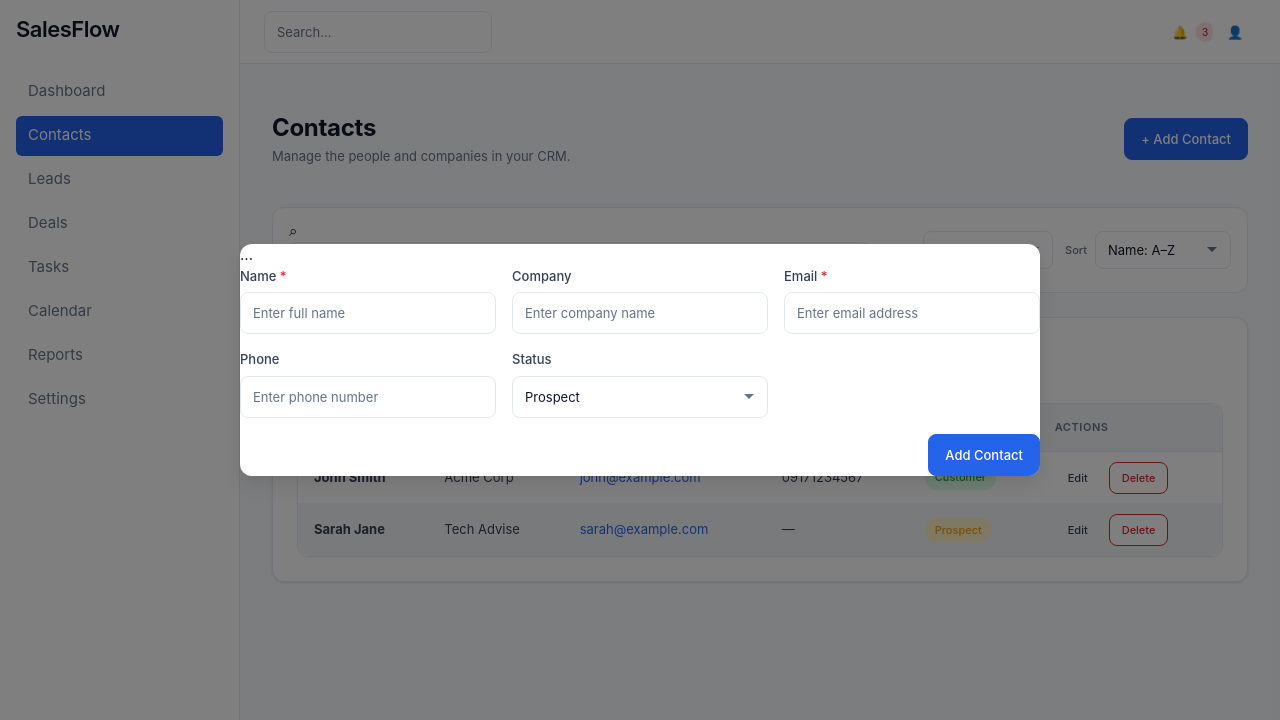
Repository: lawrencegonzaga-dev/salesflow-crm
Page: /contacts, after clicking the first element matching `button.button--primary`
The author's editor kept a copy of each file at every save. The page is drawn from the files as they stood at one save, then again after the next save.
The browser window is 1280 px wide. The pictures show the whole page.
The project was rebuilt for these pictures with package versions that can differ from the ones it lists, and the page was loaded fresh each time. Also part of the build but not shown: vite.config.js, src/components/StatCard.jsx, src/components/DashboardLeads.jsx, src/components/DashboardDeals.jsx, src/components/DashboardTasks.jsx, src/components/RecentActivity.jsx, src/pages/Dashboard.jsx, src/components/LeadForm.jsx and 22 more.

Above is the page before, as saved 2026-08-18 12:46:52.

### index.html
<!doctype html>
<html lang="en">
  <head>
    <meta charset="UTF-8" />
    <link rel="icon" type="image/svg+xml" href="/favicon.svg" />
    <meta name="viewport" content="width=device-width, initial-scale=1.0" />
    <title>salesflow-crm</title>
  </head>
  <body>
    <div id="root"></div>
    <script type="module" src="/src/main.jsx"></script>
  </body>
</html>

### src/main.jsx
/* ========================================================= */
/* FILE: src/main.jsx */
/* ========================================================= */

import { StrictMode } from 'react';
import { createRoot } from 'react-dom/client';

import "./styles/main.css";
import App from './App.jsx';
import { CRMProvider } from "./context/CRMContext.jsx";

createRoot(document.getElementById('root')).render(
    <StrictMode>
        <CRMProvider>
            <App />
        </CRMProvider>
    </StrictMode>,
);

### src/styles/main.css
@import "./reset.css";
@import "./variables.css";
@import "./base.css";
@import "./layout.css";
@import "./utilities.css";

@import "./components/sidebar.css";
@import "./components/header.css";
@import "./components/toolbar.css";
@import "./components/button.css";
@import "./components/form.css";
@import "./components/card.css";
@import "./components/badge.css";
@import "./components/table.css";
@import "./components/modal.css";
@import "./components/kanban.css";
@import "./components/calendar.css";
@import "./components/leads.css";
@import "./crm.css";

/* main.css */

### src/App.jsx
/* ========================================================= */
/* FILE: src/App.jsx */
/* ========================================================= */

import { BrowserRouter, Routes, Route } from "react-router-dom";

import Dashboard from "./pages/Dashboard";
import Contacts from "./pages/Contacts";
import Leads from "./pages/Leads";
import Deals from "./pages/Deals";
import Tasks from "./pages/Tasks";
import Calendar from "./pages/Calendar";
import Reports from "./pages/Reports";
import Settings from "./pages/Settings";
import AppLayout from "./layouts/AppLayout";

function App() {
    return (
        <BrowserRouter>
            <Routes>
                <Route element={<AppLayout />}>
                    <Route path="/" element={<Dashboard />} />
                    <Route path="/dashboard" element={<Dashboard />} />
                    <Route path="/contacts" element={<Contacts />} />
                    <Route path="/leads" element={<Leads />} />
                    <Route path="/deals" element={<Deals />} />
                    <Route path="/tasks" element={<Tasks />} />
                    <Route path="/calendar" element={<Calendar />} />
                    <Route path="/reports" element={<Reports />} />
                    <Route path="/settings" element={<Settings />} />
                </Route>
            </Routes>
        </BrowserRouter>
    );
}

export default App;

### src/styles/reset.css
*,
*::before,
*::after {
  box-sizing: border-box;
}

html {
  -webkit-text-size-adjust: 100%;
}

body {
  margin: 0;
  background: var(--color-page);
  color: var(--color-text);
  font-family: var(--font-family);
  font-size: 16px;
  line-height: 1.5;

  -webkit-font-smoothing: antialiased;
  text-rendering: optimizeLegibility;
}

#root {
  min-height: 100vh;
}

h1, h2, h3, h4, h5, h6, p {
  margin: 0;
}

img, svg, video {
  display: block;
  max-width: 100%;
}

a {
  color: inherit;
}

### src/styles/utilities.css
.container {
  width: min(100%, var(--content-max-width));
  margin-inline: auto;
}

.visually-hidden {
  position: absolute;
  width: 1px;
  height: 1px;
  padding: 0;
  margin: -1px;
  overflow: hidden;
  clip: rect(0, 0, 0, 0);
  white-space: nowrap;
  border: 0;
}

### src/styles/components/sidebar.css
.app-sidebar {
  width: var(--sidebar-width);
  height: 100vh;

  padding: var(--sidebar-padding);

  display: flex;
  flex-direction: column;

  background: var(--color-surface);
  border-right: 1px solid var(--color-border);
  color: var(--color-text);
}

.app-sidebar h2 {
  margin: 0 0 28px;
  font-size: 22px;
  letter-spacing: -.5px;
}

.sidebar-nav {
  display: flex;
  flex-direction: column;
  gap: 4px;

  overflow-y: auto;
}

.sidebar-nav_item {
  min-height: var(--nav-item-height);

  display: flex;
  align-items: center;

  padding: var(--nav-item-padding);
  gap: var(--nav-item-gap);

  color: var(--color-text-muted);
  text-decoration: none;
  border-radius: var(--radius-sm);

  transition: background var(--transition-fast), color var(--transition-fast);
}

.sidebar-nav_item:hover {
  background: var(--color-surface-muted);
  color: var(--color-text);
}

.sidebar-nav_item.active {
  background: var(--color-action);
  color: white;
}

### src/styles/components/header.css
.app-header {
  height: var(--header-height);

  display: flex;
  align-items: center;
  justify-content: space-between;

  padding: var(--header-padding);

  background: var(--color-surface);
  border-bottom: 1px solid var(--color-border);
  color: var(--color-text);
}

.app-header_left,
.app-header_right {
  display: flex;
  align-items: center;
  gap: var(--header-item-gap);
}

.menu-button {
  display: none;
}

@media (max-width: 768px) {
  .app-header {
    padding: 0 16px;
  }

  .app-header_right {
    display: none;
  }

  .menu-button {
    display: inline-grid;
    width: 40px;
    height: 40px;
    place-items: center;
    padding: 0;
    font-size: 20px;
    border-radius: var(--radius-sm);
  }
}
/* header.css */

### src/styles/components/toolbar.css
/* ========================================================= */
/* FILE: src/styles/components/toolbar.css */
/* ========================================================= */

.toolbar {
  display: flex;
  flex-wrap: wrap;
  align-items: center;
  gap: var(--space-3);
  padding: var(--space-3) var(--space-4);
  background: var(--color-surface);
  border: 1px solid var(--color-border);
  border-radius: var(--radius-lg);
}

.toolbar .search-field {
  flex: 1 1 260px;
  min-width: 160px;
}

.toolbar .search-field input {
  min-height: 38px;
  height: 38px;
  padding-left: var(--space-8);
  background-image: url("data:[embedded picture, 278 characters]");
  background-repeat: no-repeat;
  background-position: var(--space-3) center;
  background-size: 16px;
}

.toolbar .filter-group {
  display: flex;
  align-items: center;
  gap: var(--space-2);
}

.toolbar .filter-group label {
  font-size: var(--text-xs);
  font-weight: var(--font-weight-medium);
  color: var(--color-text-muted);
  white-space: nowrap;
}

.toolbar select {
  min-height: 38px;
  height: 38px;
  min-width: 130px;
}

/* ================================
   TOOLBAR VARIANTS
   ================================ */

.toolbar--compact {
  padding: var(--space-2) var(--space-3);
  gap: var(--space-2);
}

.toolbar--compact select {
  min-height: 34px;
  height: 34px;
  min-width: 110px;
  font-size: var(--text-xs);
}

.toolbar--compact .search-field input {
  min-height: 34px;
  height: 34px;
  font-size: var(--text-xs);
}

/* ================================
   PAGE TOOLBAR
   ================================ */

.page-toolbar {
  display: flex;
  align-items: center;
  justify-content: space-between;
  gap: var(--space-4);
  flex-wrap: wrap;
}

.page-toolbar-left,
.page-toolbar-right {
  display: flex;
  align-items: center;
  gap: var(--space-3);
  flex-wrap: wrap;
}

/* ================================
   RESPONSIVE
   ================================ */

@media (max-width: 768px) {
  .toolbar {
    flex-direction: column;
    align-items: stretch;
  }

  .toolbar .search-field {
    flex: 1 1 auto;
    min-width: auto;
  }

  .toolbar .filter-group {
    flex-wrap: wrap;
  }

  .toolbar select {
    flex: 1 1 auto;
    min-width: auto;
  }

  .page-toolbar {
    flex-direction: column;
    align-items: stretch;
  }

  .page-toolbar-left,
  .page-toolbar-right {
    flex-wrap: wrap;
  }
}

/* toolbar.css */

### src/styles/components/badge.css
/* ========================================================= */
/* FILE: src/styles/components/badge.css */
/* ========================================================= */

.badge {
  display: inline-flex;
  align-items: center;
  gap: var(--space-1);
  min-height: 24px;
  padding: 0 var(--space-2-5);
  font-size: var(--text-xs);
  font-weight: var(--font-weight-medium);
  line-height: 1;
  border-radius: var(--radius-full);
  white-space: nowrap;
  transition: all var(--transition-fast);
}

/* ================================
   BADGE VARIANTS
   ================================ */

.badge--primary {
  color: var(--color-action);
  background: var(--color-action-light);
}

.badge--success {
  color: var(--color-success);
  background: var(--color-success-light);
}

.badge--warning {
  color: var(--color-warning);
  background: var(--color-warning-light);
}

.badge--danger {
  color: var(--color-danger);
  background: var(--color-danger-light);
}

.badge--info {
  color: var(--color-info);
  background: var(--color-info-light);
}

.badge--neutral {
  color: var(--color-text-muted);
  background: var(--color-surface-muted);
}

.badge--dark {
  color: var(--color-text-inverse);
  background: var(--color-text);
}

/* ================================
   BADGE SIZES
   ================================ */

.badge--sm {
  min-height: 20px;
  padding: 0 var(--space-1-5);
  font-size: 10px;
}

.badge--lg {
  min-height: 28px;
  padding: 0 var(--space-3-5);
  font-size: var(--text-sm);
}

/* ================================
   DOT BADGE
   ================================ */

.badge--dot {
  padding-left: var(--space-1-5);
}

.badge--dot::before {
  content: "";
  display: inline-block;
  width: 6px;
  height: 6px;
  border-radius: 50%;
  margin-right: var(--space-1);
}

.badge--primary.badge--dot::before {
  background: var(--color-action);
}

.badge--success.badge--dot::before {
  background: var(--color-success);
}

.badge--warning.badge--dot::before {
  background: var(--color-warning);
}

.badge--danger.badge--dot::before {
  background: var(--color-danger);
}

/* ================================
   BADGE WITH COUNT
   ================================ */

.badge--count {
  min-width: 24px;
  justify-content: center;
  padding: 0 var(--space-1-5);
  border-radius: var(--radius-full);
  font-size: var(--text-xs);
  font-weight: var(--font-weight-bold);
}

/* badge.css */

### src/styles/components/modal.css
/* ========================================================= */
/* FILE: src/styles/components/modal.css */
/* ========================================================= */

.modal-overlay {
  position: fixed;
  inset: 0;
  z-index: var(--z-modal);
  display: flex;
  align-items: center;
  justify-content: center;
  padding: var(--space-4);
  background: rgba(15, 23, 42, 0.6);
  backdrop-filter: blur(4px);
  animation: overlay-fade-in var(--transition-base);
}

@keyframes overlay-fade-in {
  from {
    opacity: 0;
  }
  to {
    opacity: 1;
  }
}

.modal {
  width: min(100% - var(--space-8), 520px);
  max-height: min(90vh, 640px);
  overflow-y: auto;
  padding: var(--space-6);
  background: var(--color-surface);
  border-radius: var(--radius-xl);
  box-shadow: var(--shadow-xl);
  animation: modal-slide-up var(--transition-base);
}

@keyframes modal-slide-up {
  from {
    opacity: 0;
    transform: translateY(20px) scale(0.95);
  }
  to {
    opacity: 1;
    transform: translateY(0) scale(1);
  }
}

/* ================================
   MODAL SIZES
   ================================ */

.modal--sm {
  width: min(100% - var(--space-8), 400px);
}

.modal--lg {
  width: min(100% - var(--space-8), 680px);
}

.modal--xl {
  width: min(100% - var(--space-8), 900px);
}

.modal--full {
  width: 100%;
  max-width: 100%;
  height: 100%;
  max-height: 100%;
  border-radius: 0;
  padding: var(--space-8);
}

/* ================================
   MODAL HEADER
   ================================ */

.modal-header {
  display: flex;
  align-items: flex-start;
  justify-content: space-between;
  gap: var(--space-4);
  margin-bottom: var(--space-4);
}

.modal-header h2 {
  font-size: var(--text-xl);
  font-weight: var(--font-weight-semibold);
  color: var(--color-text);
}

.modal-header .modal-close {
  width: 36px;
  height: 36px;
  padding: 0;
  border-radius: var(--radius-full);
  background: transparent;
  border: none;
  font-size: var(--text-xl);
  color: var(--color-text-muted);
  cursor: pointer;
  transition: all var(--transition-fast);
  display: flex;
  align-items: center;
  justify-content: center;
}

.modal-header .modal-close:hover {
  background: var(--color-surface-muted);
  color: var(--color-text);
}

/* ================================
   MODAL BODY
   ================================ */

.modal-body {
  display: grid;
  gap: var(--space-4);
}

/* ================================
   MODAL FOOTER
   ================================ */

.modal-footer {
  display: flex;
  align-items: center;
  justify-content: flex-end;
  gap: var(--space-3);
  margin-top: var(--space-6);
  padding-top: var(--space-4);
  border-top: 1px solid var(--color-border);
}

/* ================================
   SCROLLBAR FOR MODAL
   ================================ */

.modal::-webkit-scrollbar {
  width: 6px;
}

.modal::-webkit-scrollbar-track {
  background: transparent;
}

.modal::-webkit-scrollbar-thumb {
  background: var(--color-border);
  border-radius: var(--radius-full);
}

.modal::-webkit-scrollbar-thumb:hover {
  background: var(--color-border-hover);
}

.form-overlay {
  position: fixed;
  inset: 0;

  display: flex;
  align-items: center;
  justify-content: center;

  padding: 48px;

  background: rgb(0 0 0 / 50%);

  z-index: 1000;
}

.form-card {
  width: min(100%, 800px);
  max-height: calc(100vh - 48px);

  overflow-y: auto;

  background: var(--color-surface);
  border-radius: var(--radius-lg);

  box-shadow: var(--shadow-lg);
  margin: 16px;
}

.form-card__header {
  display: flex;
  align-items: flex-start;
  justify-content: space-between;

  padding: 24px;
  border-bottom: 1px solid var(--color-border);
}

.form-card__title {
  margin: 0;
}

.form-card__subtitle {
  margin: 4px 0 0;
}

.form-card__close {
  display: grid;
  place-items: center;

  width: 36px;
  height: 36px;

  border: 0;
  background: transparent;
  border-radius: var(--radius-md);

  font-size: 24px;
  cursor: pointer;
}

.form-card__close:hover {
  background: var(--color-surface-muted);
}

/* modal.css */

### src/styles/components/leads.css
.lead-pipeline {
  display: grid;
  grid-template-columns: repeat(6, minmax(190px, 1fr));
  gap: 12px;
  overflow-x: auto;
  padding: 4px 0 16px;
}

.lead-pipeline__stage {
  min-width: 190px;
  background: var(--color-surface-muted);
  border: 1px solid var(--color-border);
  border-radius: var(--radius-md);
  padding: 12px;
   min-height: 200px;
}

.lead-pipeline__stage header {
  display: flex;
  align-items: center;
  justify-content: space-between;
}

.lead-pipeline__stage h2 {
  font-size: 15px;
  margin: 0;
}

.lead-pipeline__stage header span {
  border-radius: var(--radius-full);
  background: var(--color-border);
  padding: 2px 8px;
  font-size: 12px;
}

.lead-pipeline__items {
  display: grid;
  gap: 8px;
  margin-top: 12px;
}

.lead-pipeline__card {
  display: block;
  width: 100%;
  text-align: left;
  padding: 12px;
  min-height: 90px;
  background: var(--color-surface);
  border: 1px solid var(--color-border);
  border-radius: var(--radius-sm);
  cursor: pointer;
  color: inherit;
  transition: border-color var(--transition-fast);
}

.lead-pipeline__card:hover,
.lead-pipeline__card:focus-visible {
  border-color: var(--color-action);
  outline: none;
}

.lead-pipeline__card h3 {
  margin: 0 0 4px;
  font-size: 14px;
}

.lead-pipeline__card p {
  font-size: 12px;
  margin: 2px 0;
  color: var(--color-text-muted);
}

.lead-table-wrap {
  overflow-x: auto;
}

.lead-table__empty {
  padding: 32px;
  text-align: center;
  color: var(--color-text-muted);
}

.lead-stage {
  display: inline-block;
  border-radius: var(--radius-full);
  background: color-mix(in srgb, var(--color-action) 12%, transparent);
  color: var(--color-action);
  padding: 2px 8px;
  font-size: 12px;
}
/* leads.css */

### src/layouts/AppLayout.jsx
/* ========================================================= */
/* FILE: src/layouts/AppLayout.jsx */
/* ========================================================= */

import { useState } from "react";
import { Outlet } from "react-router-dom";

import Sidebar from "../components/Sidebar";
import Header from "../components/Header";

function AppLayout() {
    const [isNavigationOpen, setIsNavigationOpen] = useState(false);

    return (
        <div className="app-layout">
            <Sidebar
                isOpen={isNavigationOpen}
                onNavigate={() => setIsNavigationOpen(false)}
            />

            <Header
                isNavigationOpen={isNavigationOpen}
                onMenuToggle={() => setIsNavigationOpen((isOpen) => !isOpen)}
            />

            <main className="app-main">
                <div className="app-main-content">
                    <Outlet />
                </div>
            </main>

            {isNavigationOpen && (
                <button
                    className="navigation-backdrop"
                    type="button"
                    aria-label="Close navigation"
                    onClick={() => setIsNavigationOpen(false)}
                />
            )}
        </div>
    );
}

export default AppLayout;

### src/components/ContactTable.jsx
/* ========================================================= */
/* FILE: src/components/ContactTable.jsx */
/* ========================================================= */

import ContactRow from "./ContactRow";

function ContactTable({
    contacts,
    onDeleteContact,
    onEditContact
}) {
    if (contacts.length === 0) {
        return (
            <div className="table-empty">
                <div className="empty-icon">📭</div>
                <div className="empty-title">No contacts found</div>
                <div className="empty-description">
                    Try adjusting your search or filters
                </div>
            </div>
        );
    }

    return (
        <div className="table-wrap">
            <table className="table table--striped">
                <thead>
                    <tr>
                        <th>Name</th>
                        <th>Company</th>
                        <th>Email</th>
                        <th>Phone</th>
                        <th>Status</th>
                        <th>Actions</th>
                    </tr>
                </thead>
                <tbody>
                    {contacts.map((contact) => (
                        <ContactRow
                            key={contact.id}
                            contact={contact}
                            onDeleteContact={onDeleteContact}
                            onEditContact={onEditContact}
                        />
                    ))}
                </tbody>
            </table>
        </div>
    );
}

export default ContactTable;

### src/components/Sidebar.jsx
import { NavLink } from "react-router-dom";
import navigation from "../data/navigation";

function Sidebar({ isOpen, onNavigate }) {
    return (
        <aside className={`app-sidebar ${isOpen ? "app-sidebar--open" : ""}`}>
            <h2>SalesFlow</h2>

            <nav className="sidebar-nav">
                {navigation.map((item) => (
                    <NavLink
                        key={item.path}
                        to={item.path}
                        className="sidebar-nav_item"
                        onClick={onNavigate}
                    >
                        {item.label}
                    </NavLink>
                ))}
            </nav>
        </aside>
    );
}

export default Sidebar;

### src/components/Header.jsx
/* ========================================================= */
/* FILE: src/components/Header.jsx */
/* ========================================================= */

import { useState } from "react";

function Header({ isNavigationOpen, onMenuToggle }) {
    const [searchQuery, setSearchQuery] = useState("");

    return (
        <header className="app-header">
            <div className="app-header-left">
                <button
                    className="menu-button"
                    type="button"
                    aria-label="Toggle navigation"
                    aria-expanded={isNavigationOpen}
                    onClick={onMenuToggle}
                >
                    ☰
                </button>

                <div className="header-search">
                    <input
                        type="text"
                        placeholder="Search..."
                        value={searchQuery}
                        onChange={(e) => setSearchQuery(e.target.value)}
                        className="header-search-input"
                    />
                </div>
            </div>

            <div className="app-header-right">
                <button className="button button--ghost button--icon" aria-label="Notifications">
                    🔔
                    <span className="badge badge--danger badge--sm">3</span>
                </button>
                <button className="button button--ghost button--icon" aria-label="Profile">
                    👤
                </button>
            </div>
        </header>
    );
}

export default Header;

### src/components/ContactRow.jsx
/* ========================================================= */
/* FILE: src/components/ContactRow.jsx */
/* ========================================================= */

function ContactRow({ contact, onDeleteContact, onEditContact }) {
    function getStatusBadge(status) {
        const classes = {
            Prospect: "badge badge--warning",
            Customer: "badge badge--success",
            Inactive: "badge badge--neutral"
        };
        return classes[status] || "badge badge--neutral";
    }

    return (
        <tr>
            <td>
                <strong>{contact.name}</strong>
            </td>
            <td>{contact.company || "—"}</td>
            <td>
                <a href={`mailto:${contact.email}`} className="text-primary">
                    {contact.email}
                </a>
            </td>
            <td>{contact.phone || "—"}</td>
            <td>
                <span className={getStatusBadge(contact.status)}>
                    {contact.status}
                </span>
            </td>
            <td>
                <div className="row-actions">
                    <button
                        type="button"
                        className="button button--sm button--ghost"
                        onClick={() => onEditContact(contact)}
                    >
                        Edit
                    </button>
                    <button
                        type="button"
                        className="button button--sm button--danger"
                        onClick={() => {
                            if (window.confirm(`Delete "${contact.name}"?`)) {
                                onDeleteContact(contact.id);
                            }
                        }}
                    >
                        Delete
                    </button>
                </div>
            </td>
        </tr>
    );
}

export default ContactRow;

Loaded but not shown: src/data/navigation.js (48 lines, source omitted); src/components/ContactForm.jsx (321 lines, source omitted); src/styles/crm.css (441 lines, source omitted); src/context/CRMContext.jsx (129 lines, source omitted); src/styles/variables.css (230 lines, source omitted); src/pages/Contacts.jsx (154 lines, source omitted); src/styles/components/form.css (194 lines, source omitted); src/styles/layout.css (206 lines, source omitted); src/styles/components/button.css (158 lines, source omitted); src/styles/components/table.css (162 lines, source omitted); src/styles/base.css (167 lines, source omitted); src/styles/components/card.css (154 lines, source omitted); src/styles/components/calendar.css (148 lines, source omitted); src/styles/components/kanban.css (153 lines, source omitted)

After the next save:
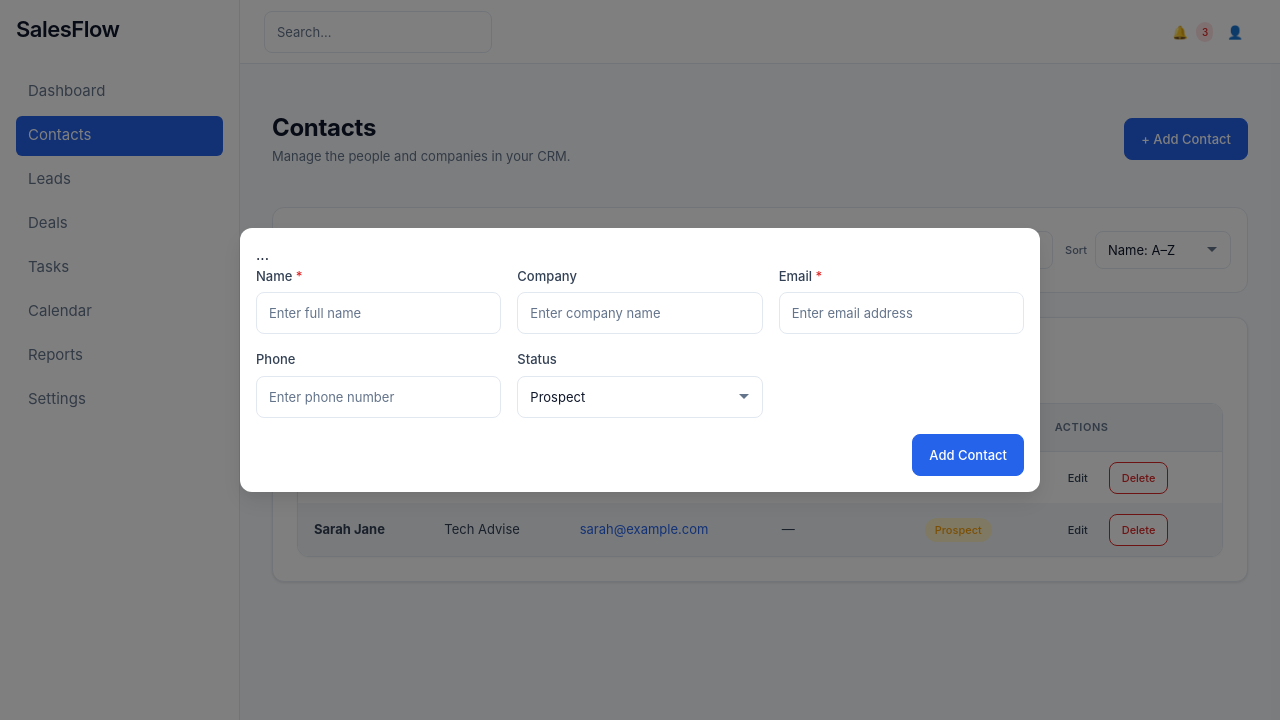
Saved 19 s later.
--- a/src/styles/components/modal.css
+++ b/src/styles/components/modal.css
@@ -179,7 +179,7 @@
   border-radius: var(--radius-lg);
 
   box-shadow: var(--shadow-lg);
-  margin: 16px;
+  padding: 16px;
 }
 
 .form-card__header {
